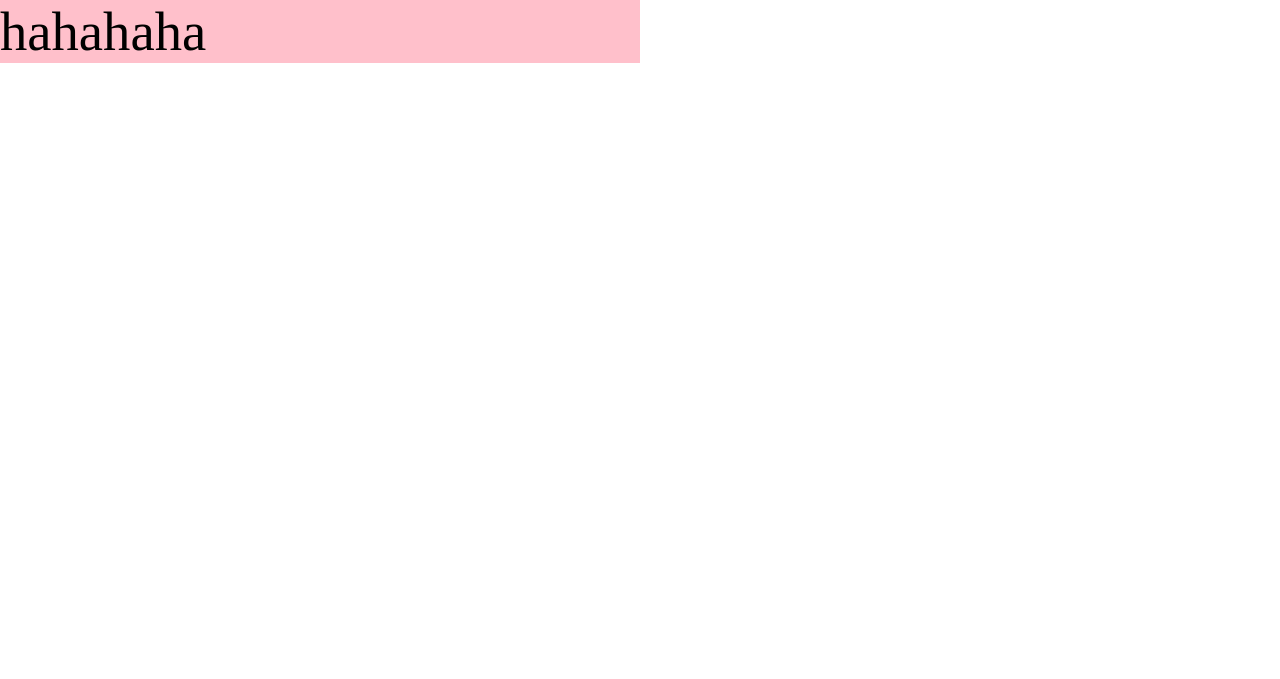
Repository: LumiereXyloto/javascript-data-structure
Page: 实现指定效果/rem.html
The author's editor kept a copy of each file at every save. The page is drawn from the files as they stood at one save, then again after the next save.
The browser window is 1280 px wide. The pictures show the whole page.

Above is the page before, as saved 2020-02-25 01:20:49.

After the next save:
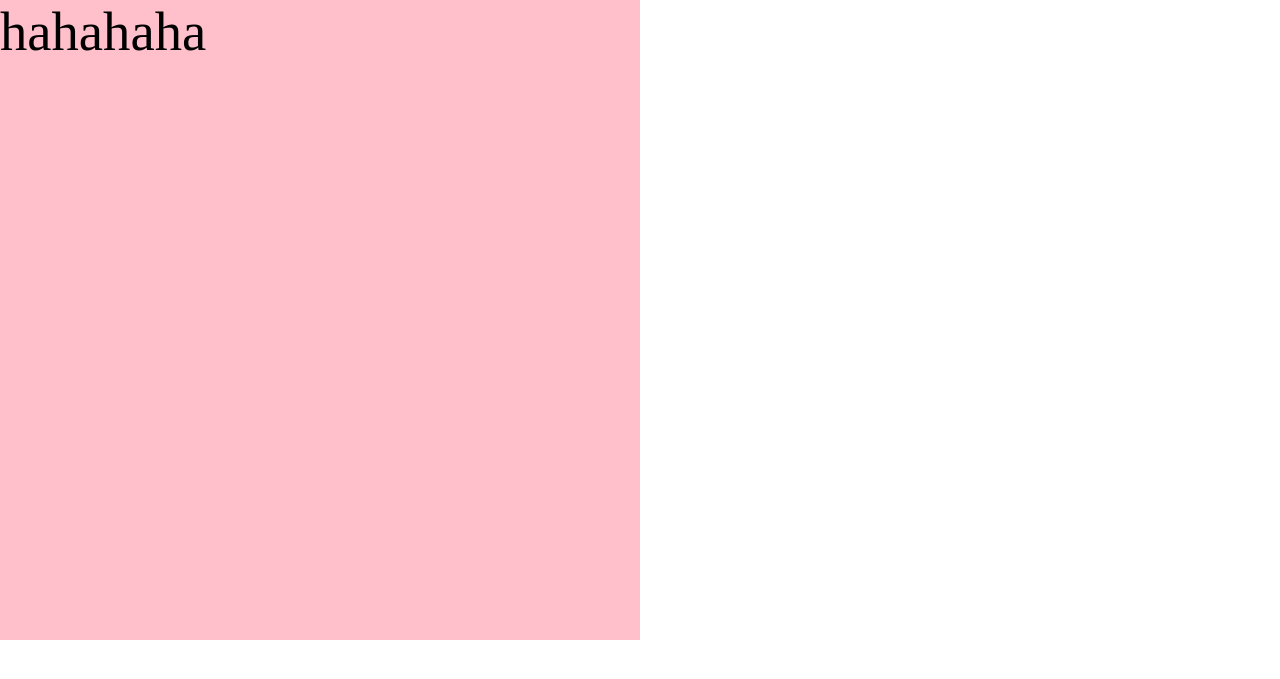
Saved 5 s later.
--- a/实现指定效果/rem.html
+++ b/实现指定效果/rem.html
@@ -7,7 +7,7 @@
   <style>
     .myDiv {
       width: 7.5rem;
-      height: 7.5;
+      height: 7.5rem;
       font-size: .64rem;
       background-color: pink;
     }
